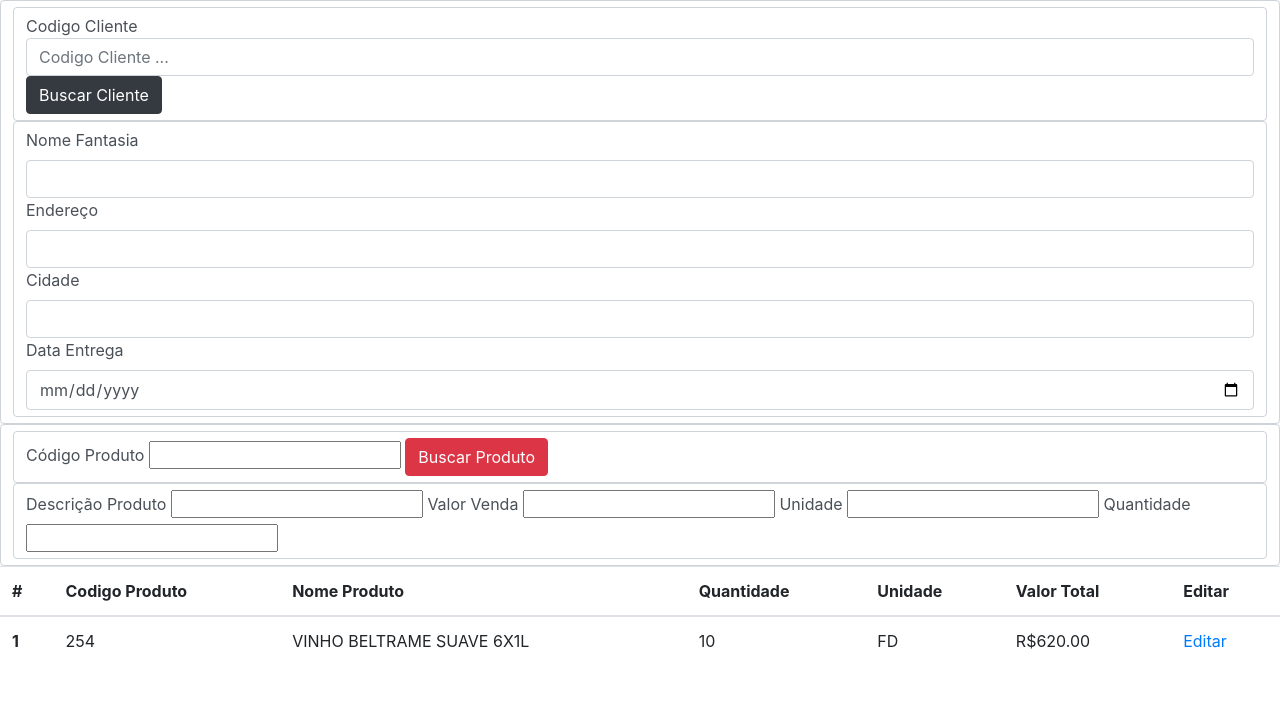
Repository: RobertoAntunes35/controle-estoque
Page: backend/templates/paginaGeracaoPedidos.html
An editor plug-in stored every save of this project. The page is shown before and after the next save, followed by the edit.
The browser window is 1280 px wide. The pictures show the whole page.
Some web libraries are served in a nearby version. The template is drawn by Flask 3. The application's start-up code is not run. The template is opened directly, without the code that normally fills it, so the values that code supplies are empty.

Above is the page before, as saved 2023-06-06 10:49:59.

After the next save:
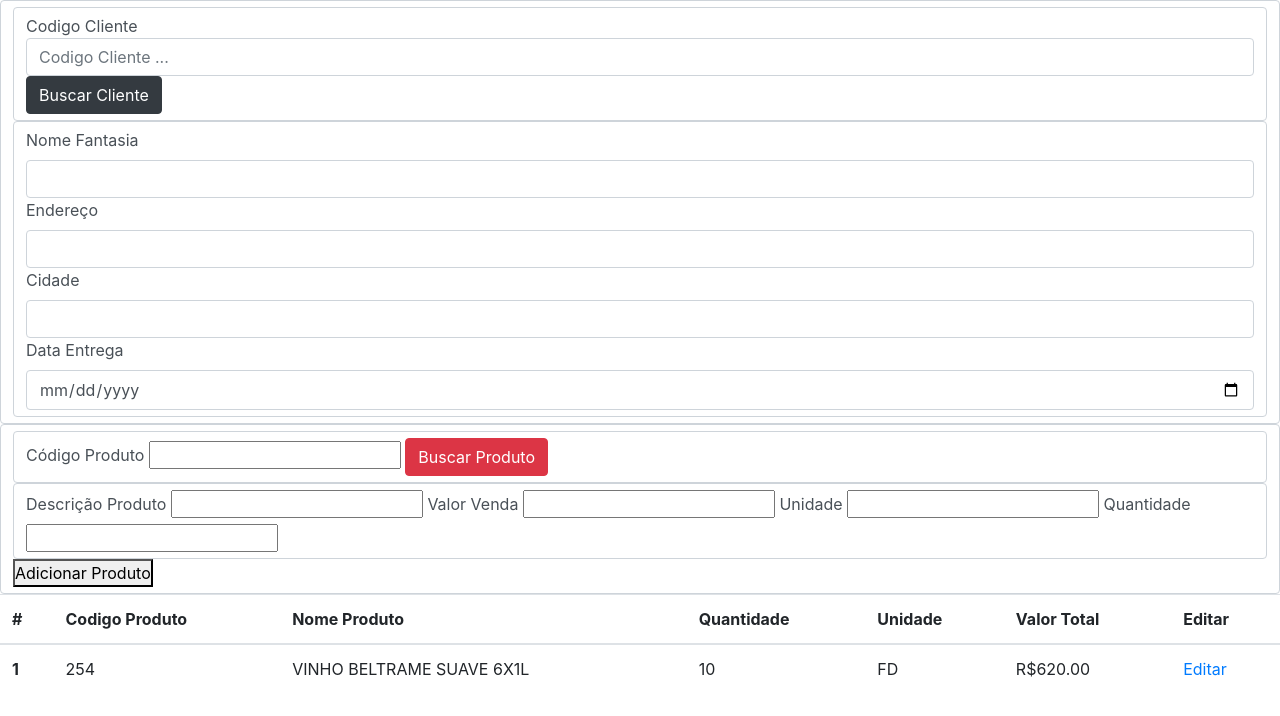
Saved 54 s later.
--- a/backend/templates/paginaGeracaoPedidos.html
+++ b/backend/templates/paginaGeracaoPedidos.html
@@ -45,9 +45,8 @@
 
                         <label for="">Quantidade</label>
                         <input type="number">
-
-                        <label for=""></label>
                     </div>
+                    <button>Adicionar Produto</button>
                 </div>
 
 
